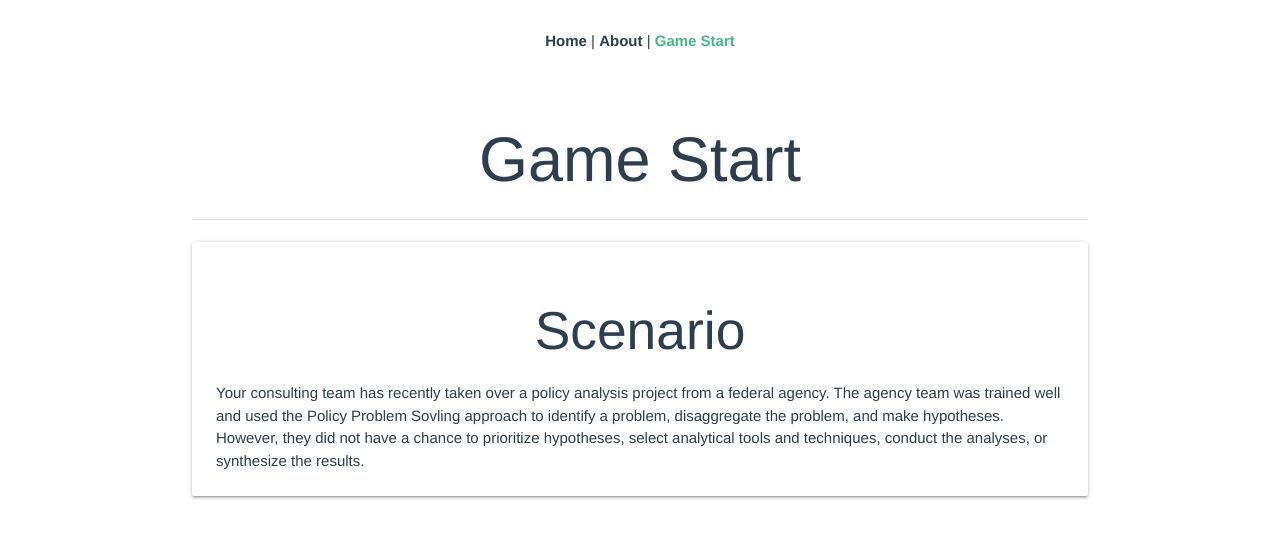
Repository: gallard28/posc4210app
Page: /#/start
These files come from the project's save history. The page is drawn as it stood at one moment and after the next save; the edit follows.
The browser window is 1280 px wide. The pictures show the whole page.
The project was rebuilt for these pictures with package versions that can differ from the ones it lists, and the page was loaded fresh each time. Also part of the build but not shown: src/views/Home.vue.

Above is the page before, as saved 2020-09-20 18:55:59.

### public/index.html
<!DOCTYPE html>
<html lang="en">
  <head>
    <meta charset="utf-8">
    <meta http-equiv="X-UA-Compatible" content="IE=edge">
    <meta name="viewport" content="width=device-width,initial-scale=1.0">
    <link rel="icon" href="<%= BASE_URL %>favicon.ico">
    <title><%= htmlWebpackPlugin.options.title %></title>

    <!-- Materialize CSS -->
    <!-- Compiled and minified CSS -->
    <link rel="stylesheet" href="https://cdnjs.cloudflare.com/ajax/libs/materialize/1.0.0/css/materialize.min.css">

    <!-- Compiled and minified JavaScript -->
    <script src="https://cdnjs.cloudflare.com/ajax/libs/materialize/1.0.0/js/materialize.min.js"></script>

  </head>
  <body>
    <noscript>
      <strong>We're sorry but <%= htmlWebpackPlugin.options.title %> doesn't work properly without JavaScript enabled. Please enable it to continue.</strong>
    </noscript>
    <div id="app"></div>
    <!-- built files will be auto injected -->
  </body>
</html>

### src/App.vue
<template>
  <div id="app">
    <div id="nav">
      <router-link to="/">Home</router-link> |
      <router-link to="/about">About</router-link> |
      <router-link to="/start">Game Start</router-link>
    </div>
    <router-view/>
  </div>
</template>

<style>
#app {
  font-family: Avenir, Helvetica, Arial, sans-serif;
  -webkit-font-smoothing: antialiased;
  -moz-osx-font-smoothing: grayscale;
  text-align: center;
  color: #2c3e50;
}

#nav {
  padding: 30px;
}

#nav a {
  font-weight: bold;
  color: #2c3e50;
}

#nav a.router-link-exact-active {
  color: #42b983;
}
</style>

### src/router/index.js
import Vue from 'vue'
import VueRouter from 'vue-router'
import Home from '../views/Home.vue'
import Start from '../views/Start.vue'

Vue.use(VueRouter)

const routes = [
  {
    path: '/',
    name: 'Home',
    component: Home
  },
  {
    path: '/start',
    name: 'Start',
    component: Start
  },
  {
    path: '/about',
    name: 'About',
    // route level code-splitting
    // this generates a separate chunk (about.[hash].js) for this route
    // which is lazy-loaded when the route is visited.
    component: () => import(/* webpackChunkName: "about" */ '../views/About.vue')
  }
]

const router = new VueRouter({
  routes
})

export default router

### src/views/Start.vue
<template>
  <div class="container">
    <h1>Game Start</h1>
    <div class="divider"></div>
    <div class="section">
      <div class="row">
        <div class="card">
          <div class="card-content">
            <h2>Scenario</h2>
            <p class="left-align">
              Your consulting team has recently taken over a policy analysis project from a federal agency. The agency team was trained well and used the Policy Problem Sovling approach to identify a problem, disaggregate the problem, and make hypotheses. However, they did not have a chance to prioritize hypotheses, select analytical tools and techniques, conduct the analyses, or synthesize the results.
            </p>
          </div>
        </div>
      </div>

    </div>
  </div>
</template>

<script>
export default {
  name: 'Start'

}
</script>

<style>

</style>

Loaded but not shown: src/main.js (common file)

After the next save:
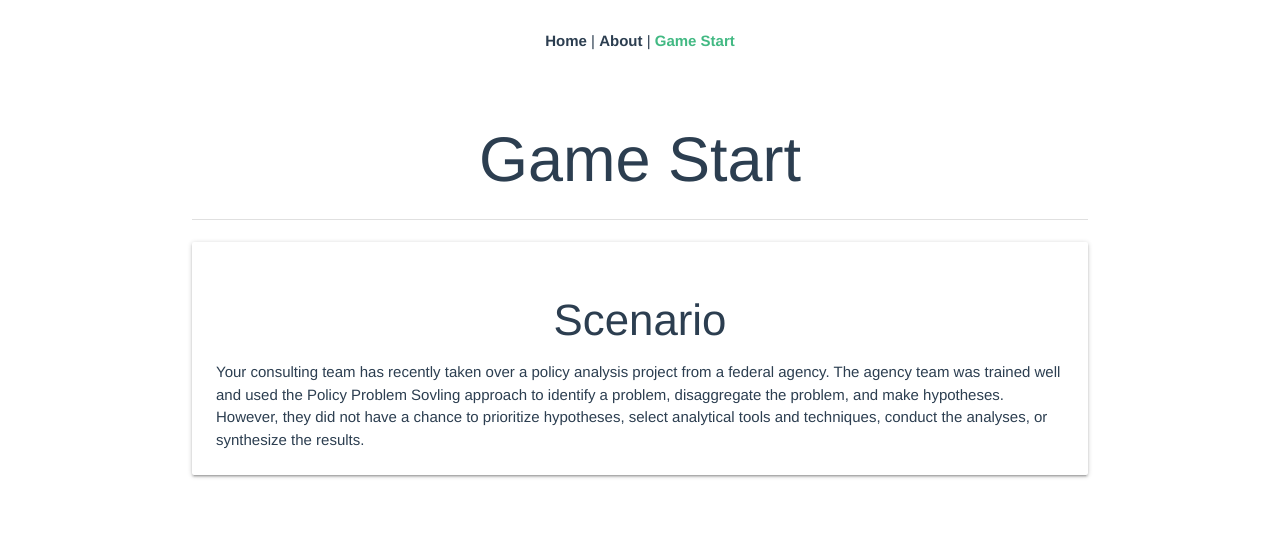
Saved 9 s later.
--- a/src/views/Start.vue
+++ b/src/views/Start.vue
@@ -6,7 +6,7 @@
       <div class="row">
         <div class="card">
           <div class="card-content">
-            <h2>Scenario</h2>
+            <h3>Scenario</h3>
             <p class="left-align">
               Your consulting team has recently taken over a policy analysis project from a federal agency. The agency team was trained well and used the Policy Problem Sovling approach to identify a problem, disaggregate the problem, and make hypotheses. However, they did not have a chance to prioritize hypotheses, select analytical tools and techniques, conduct the analyses, or synthesize the results.
             </p>
